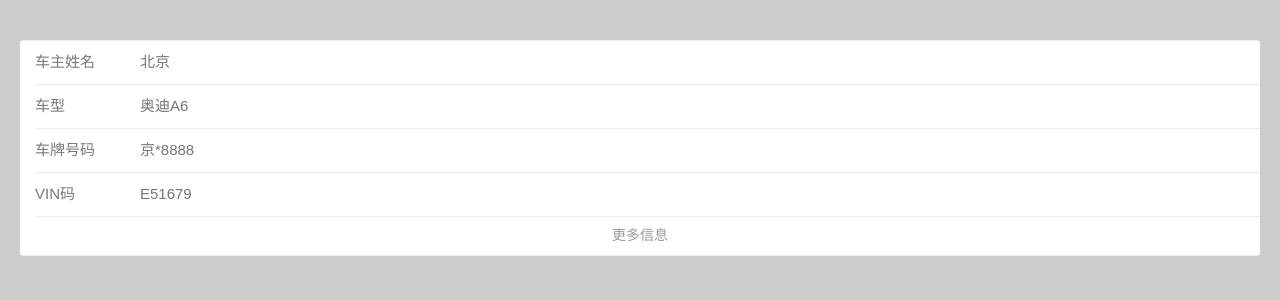
Repository: family-car/car
Page: vehicleEntry.html
The author's editor kept a copy of each file at every save. The page is drawn from the files as they stood at one save, then again after the next save.
The browser window is 1280 px wide. The pictures show the whole page.

Above is the page before, as saved 2020-05-11 21:20:13.

### vehicleEntry.html
<!-- HTML5文件 -->
<!DOCTYPE html>
<html>
<head>
	<meta charset="utf-8" />
	<meta name="viewport" content="width=device-width,minimum-scale=1.0,maximum-scale=1.0,user-scalable=no"/>
	<meta content="telephone=no,email=no" name="format-detection">
	<meta name="wap-font-scale" content="no">
	<title>车辆进场</title>
	<!-- ui框架引入css -->
	<link href="lib/weui/weui.min.css" rel="stylesheet" type="text/css" />
	<link href="lib/weui/jquery-weui.min.css" rel="stylesheet" type="text/css" />
	<!-- 公用样式css -->
	<link href="src/css/base.css" rel="stylesheet" type="text/css" />
	<!-- 界面引入css -->
  <link href="src/css/app/vehicleEntry.css" rel="stylesheet" type="text/css" />
  <!-- jquery引入 -->
  <script type="text/javascript" src="lib/jquery/jquery-2.1.4.min.js"></script>
  <script type="text/javascript" src="lib/unit.js"></script>
</head>
<body>

<div class="main bot44">
   <div class="userInfo">
    <div class="weui-cells weui-cells_form">
        <div class="weui-cell">
            <div class="weui-cell__hd"><label class="weui-label">车主姓名</label></div>
            <div class="weui-cell__bd">
              <input class="weui-input" type="readonly" placeholder="北京">
            </div>
        </div>
        <div class="weui-cell">
            <div class="weui-cell__hd"><label class="weui-label">车型</label></div>
            <div class="weui-cell__bd">
              <input class="weui-input" type="readonly" placeholder="奥迪A6">
            </div>
        </div>
        <div class="weui-cell">
            <div class="weui-cell__hd"><label class="weui-label">车牌号码</label></div>
            <div class="weui-cell__bd">
              <input class="weui-input" type="readonly" placeholder="京*8888">
            </div>
        </div>
        <div class="weui-cell">
            <div class="weui-cell__hd"><label class="weui-label">VIN码</label></div>
            <div class="weui-cell__bd">
              <input class="weui-input" type="readonly" placeholder="E51679">
            </div>
        </div>
        <div class="weui-cell">
            <p>更多信息</p>
        </div>
    </div>
   </div>
</div>

<!-- jquery引入 -->
<script type="text/javascript" src="lib/jquery/swiper.js"></script>
<script type="text/javascript" src="src/js/entry/index.js"></script>
</body>
</html>

### src/css/base.css
*,
*:after,
*:before {
    -webkit-box-sizing: border-box;
    box-sizing: border-box;
}
[v-cloak] {
  display: none;
}
a,
blockquote,
body,
code,
dd,
div,
dl,
dt,
em,
fieldset,
form,
h1,
h2,
h3,
h4,
h5,
h6,
iframe,
img,
input,
label,
li,
object,
ol,
p,
q,
small,
span,
strong,
table,
tbody,
td,
th,
tr,
ul {
    margin: 0;
    padding: 0;
    border: 0;
}
input{
	outline: none;
}
body,
html {
    width: 100%;
}

body {
    margin: 0 auto;
    line-height: 1;
    font-size: 14px;
    font-family: 'STHeiti', 'Microsoft YaHei', Helvetica, Arial, sans-serif;
    -webkit-text-size-adjust: none;
    -webkit-tap-highlight-color: rgba(0, 0, 0, 0);
}

h1,
h2,
h3,
h4,
h5,
h6 {
    font-size: .28rem;
    font-weight: normal;
}

a,
a:active,
a:focus,
a:hover,
a:visited {
    text-decoration: none;
    color: #393939;
}

a,
img {
    -webkit-touch-callout: none;
}

li,
ol,
ul {
    list-style: none;
}

input[type="password"],
input[type="tel"],
input[type="text"],
select,
textarea {
    display: block;
    width: 100%;
    line-height: 1.2;
    font-size:14px;
    resize: none;
    outline: 0;
    vertical-align: middle;
    background-color: #fff;
    background-image: none;
    border: 0;
    white-space: pre-wrap;
    word-wrap: break-word;
    -webkit-appearance: none;
}

p {
    background-color: transparent;
    word-break: break-all;
}

em,
i {
    font-style: normal;
}
@font-face {
    font-family: 'iconfont';
    src: url("../font/icomoon.eot");
    src: url("../font/icomoon.eot?#iefix") format("embedded-opentype"), url("../font/icomoon.ttf") format("truetype"), url("../font/icomoon.svg#iconfont") format("svg");
}

html {
    background: #fff;
}

body {
    background: #fff;
    color: #000;
}

.fl {
    float: left;
}

.fr {
    float: right;
}

.cf:after {
    display: block;
    clear: both;
    content: "";
    visibility: hidden;
    height: 0;
}

.tr {
    text-align: right;
}

.tc {
    text-align: center;
}

.td-underline {
    text-decoration: underline;
}

.tm {
    vertical-align: middle;
}
.boxSizing{
    box-sizing:border-box;
    -moz-box-sizing:border-box; /* Firefox */
    -webkit-box-sizing:border-box;
}

.flex {
    display: -webkit-box !important;
    display: -webkit-flex !important;
    display: -ms-flexbox !important;
    display: flex !important;
    -webkit-flex-wrap: wrap;
    -ms-flex-wrap: wrap;
    flex-wrap: wrap;
}

.flex .cell {
    -webkit-box-flex: 1;
    -webkit-flex: 1;
    -ms-flex: 1;
    flex: 1;
    width: 0;
    -webkit-flex-basis: 0;
    -ms-flex-preferred-size: 0;
    flex-basis: 0;
    max-width: 100%;
    display: block;
    padding: 0 !important;
    position: relative;
}
.flex .cell2{
    -webkit-box-flex: 2;
    -webkit-flex: 2;
    -ms-flex: 2;
    flex: 2;
}


.flex .cell.hide {
    display: none;
}

.flex .flex-130 {
    -webkit-box-flex: 150!important;
    -webkit-flex: 130!important;
    -ms-flex: 130!important;
    flex: 130!important;
}

.flex .flex-200 {
    -webkit-box-flex: 200!important;
    -webkit-flex: 200!important;
    -ms-flex: 200!important;
    flex: 200!important;
}

.flex-center {
    -webkit-box-pack: center;
    -webkit-justify-content: center;
    justify-content: center;
    -webkit-box-align: center;
    -webkit-align-items: center;
    align-content: center;
}
.flex-between {
    -webkit-box-pack: center;
    -webkit-justify-content: space-between;
    justify-content: space-between;
    -webkit-box-align: center;
    -webkit-align-items: center;
    align-content: center;
}

.img-responsive {
    display: inline-block;
    width: 100%;
}

.bg-white {
    background: #fff;
}

.bg-orange {
    background: #fa462d;
}

.bg-blue {
    background: #246EBE;
}
.bg-green{color:#0BA66D;}
.bg-light-green{color:#56dfb3;}
.bg-gray {
    background: #f3f4f6;
}

.bg-light-yellow {
    background: #fbf8ec;
}

.bg-disabled {
    background: #9d9d9d;
}

.color-blue {
    color: #246EBE;
}

.color-muted {
    color: #9d9d9d;
}

.color-orange {
    color: #fa462d;
}

.color-white {
    color: #fff;
}

.color-gray {
    color: #848689;
}
.color-green{color:#0BA66D;}
.color-light-green{color:#56dfb3;}
.color-red{color:#f23030;}
.color-block{color:#393939;}

.relative {
    position: relative;
}

.overflow {
    overflow: hidden;
}

.ellipsis {
    white-space: nowrap;
    overflow: hidden;
    text-overflow: ellipsis;
}

.clamp {
    display: -webkit-box;
    overflow: hidden;
    text-overflow: ellipsis;
    -webkit-line-clamp: 2;
    -webkit-box-orient: vertical;
}

.animate {
    -webkit-animation-play-state: paused;
}

.hide {
    display: none;
}

.footbar-default .coagent span:before,
.iconfont,
.panel-selector .list li .fr:after,
.select:before {
    font-family: "iconfont" !important;
    font-size: .28rem;
    font-style: normal;
    -webkit-font-smoothing: antialiased;
    -webkit-text-stroke-width: 2px;
    -moz-osx-font-smoothing: grayscale;
}
.btn {
    display: inline-block;
    padding: .18rem .2rem;
    vertical-align: middle;
    font-size: .26rem;
    font-weight: normal;
    line-height: 1;
    text-align: center;
    white-space: nowrap;
    background-image: none;
    border: 1px solid transparent;
    border-radius: .06rem;
    cursor: pointer;
    outline: 0;
    -webkit-appearance: none;
    -webkit-user-select: none;
    -moz-user-select: none;
    -ms-user-select: none;
    user-select: none;
}

.btn-default {
    color: #393939;
    background-color: #fff;
    border-color: #ccc;
}

.btn-primary {
    color: #fff;
    background-color: #0ba66d;
    border-color: #0ba66d;
}

.btn-primary-outline {
    color: #0ba66d;
    background-color: #fff;
    border-color: #0ba66d;
}

.btn-default-outline {
    color: #393939;
    background-color: #fff;
    border-color: #d7d7d7;
}

.btn-disabled {
    color: #fff;
    background-color: #9d9d9d;
    border-color: #9d9d9d;
}

.btn-block {
    display: block;
    width: 100%;
    padding-left: 0;
    padding-right: 0;
}

.btn-primary:active {
    color: #fff;
    background-color: #0ba66d;
    border-color: #0ba66d;
}

.btn-disabled:active {
    color: #fff;
    background-color: #9d9d9d;
    border-color: #9d9d9d;
}

.btn-default:active {
    color: #393939;
    background-color: #d7d7d7;
    border-color: #d7d7d7;
}

.btn-search {
    padding: .06rem .1rem;
    margin-left: .05rem;
    line-height: .4rem;
}

.pd8 {
    padding-right: .8rem;
    padding-left: .8rem;
}

.badge-outline {
    background: #fff;
    border: 1px solid #0ba66d;
    color: #0ba66d;
}

.no_info {
    color: #9d9d9d;
    line-height: 2.2rem;
    text-align: center;
}

.footbar {
    position: fixed;
    left: 0;
    right: 0;
    bottom: 0;
    z-index: 999999;
}
.footbar-default {
    height: 1.01rem;
    background-color: #fff;
    border-top: 1px solid #d7d7d7;
}
/*字体*/
.icon-detail:before {
    content: '\e93b';
}
.icon-floder:before {
    content: '\e91b';
}
.icon-home:before {
    content: '\e901';
}
.icon-order:before {
    content: '\e908';
}
.icon-mine:before {
    content: '\e905';
}
.icon-upload::before{
    content: '\e91c';
}
.icon-add::before{
    content: '\e91e';
}
.icon-detele::before{
    content: '\e920';
}
.icon-warn::before{
    content: '\e91a';
}
.icon-arrow::before{
    content:'\e916'
}
.icon-course::before{
    content:'\e908'
}

 #loading{
     position:fixed;
     top:0;left:0;
     width:100%;height:100%;
     background: rgba(0,0,0,.7);
     z-index:999;
}
 #loading .loader-01{
     position:absolute;top:50%;left:50%;
     width:60px;height:60px;
     margin-top:-30px;
     margin-left:-30px;
     color: #fff;
}

### src/css/app/vehicleEntry.css
body,html{
    background: #ccc;
}
.userInfo{
    padding: 20px;
}
.userInfo .weui-cells{
    background: #fff;
    border-radius: 4px;
}
.userInfo .weui-label{
    color:#797979;
    font-size: 15px;
}
.userInfo .weui-cell__bd input{
    font-size: 15px;
    color: #2A2A2A;
}
.userInfo .weui-cell p{
    margin: 0 auto;
    font-size: 14px;
    color: #999999;
}

### src/js/entry/index.js
/**  默认加载  **/
$(function () {
    var  process={
        iconList:[{name:"接车进店",image:"src/image/join3x.png"},
            {name:"维保开单",image:"src/image/repair.png"},
            {name:"快速洗车",image:"src/image/wash.png"},
            {name:"车辆检测",image:"src/image/check.png"},
            {name:"待施工",image:"src/image/construct3x.png"},
            {name:"待完工",image:"src/image/complete.png"},
            {name:"完工质检",image:"src/image/quality.png"},
            {name:"待结算",image:"src/image/account.png"},
            {name:"客户查询",image:"src/image/inquiry.png"},
            {name:"预约订单",image:"src/image/bill3x.png"},
            {name:"测试数据",image:"src/image/join3x.png"},
        ],
        init:function(){
            this.swiper();
        },
        pages () {
            const pages = []
            this.iconList.forEach((item, index) => {
              const page = Math.floor(index / 10)
              if (!pages[page]) {
                pages[page] = []
              }
              pages[page].push(item)
            })
            return pages
        },
        swiper:function () {
            /*加载轮播列表*/
            let swpier = []
            let temp = []
            $.each(this.pages(),function(n,item){
                temp.push(`<div class="swiper-slide">`);
                $.each(item,function(n,v){
                    temp.push(`<div class="iconList">`);
                    temp.push(`<img class="icon-img-content" src="${v.image}" alt="" />`);
                    temp.push(`<p class="icon-desc">${v.name}</p>`);
                    temp.push(`</div>`);
                })
                temp.push(`</div>`);
            })
            $(".swiper-wrapper").html(temp.join(''))
            /*  轮播效果加载   */
            $(".swiper-container").swiper({
                loop: true,
                autoplayDisableOnInteraction: false,
                autoplay: 3000,
                pagination: {
                    el: '.swiper-pagination',
                },
            });
        },
    };

    window.onload = function(){
        process.init();
    }


})

Loaded but not shown: lib/weui/weui.min.css (library); lib/weui/jquery-weui.min.css (library); lib/jquery/jquery-2.1.4.min.js (library); lib/unit.js (library); lib/jquery/swiper.js (library)

After the next save:
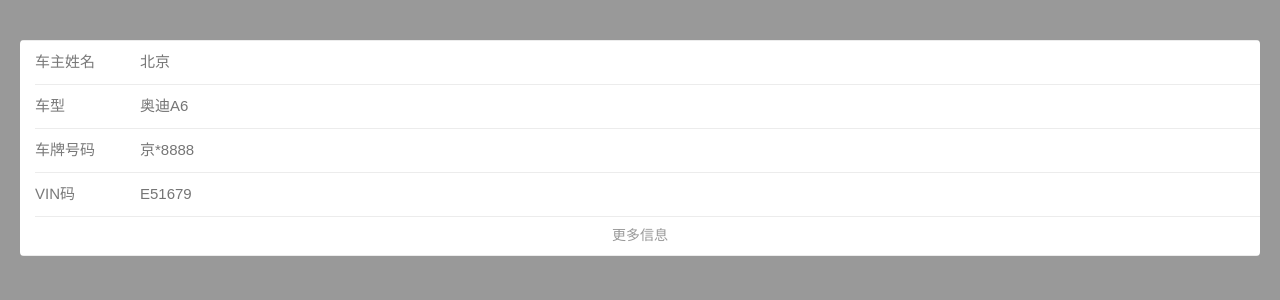
Saved 10 s later.
--- a/src/css/app/vehicleEntry.css
+++ b/src/css/app/vehicleEntry.css
@@ -1,5 +1,5 @@
 body,html{
-    background: #ccc;
+    background: #999;
 }
 .userInfo{
     padding: 20px;
